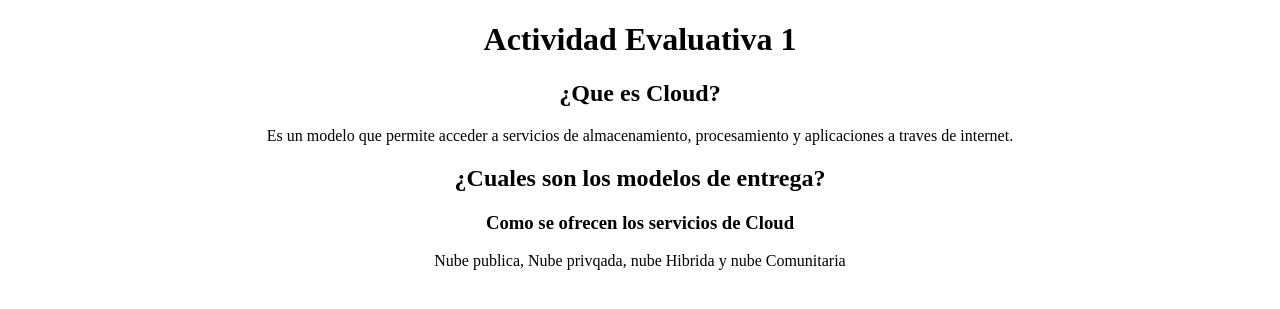
Repository: Laura-Oliveros/Actividad-Evaluativa-1
Page: LauSebas.html
These files come from the project's save history. The page is drawn as it stood at one moment and after the next save; the edit follows.
The browser window is 1280 px wide. The pictures show the whole page.

Above is the page before, as saved 2025-09-04 18:52:25.

After the next save:
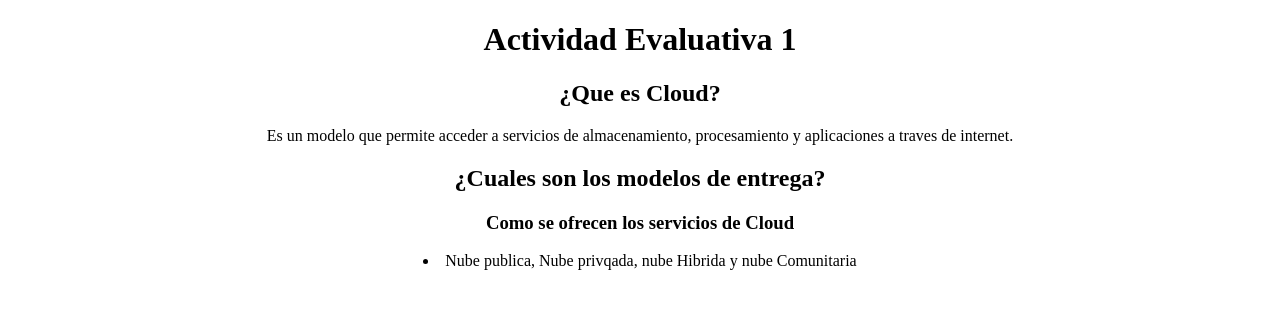
Saved 4 s later.
--- a/LauSebas.html
+++ b/LauSebas.html
@@ -15,7 +15,7 @@
     <div class="contenedor" style="text-align: center;">
         <h2>¿Cuales son los modelos de entrega?</h2>
         <h3>Como se ofrecen los servicios de Cloud </h3>
-
+        <li
         <p>Nube publica, Nube privqada, nube Hibrida y nube Comunitaria</p>
 
 </body>
